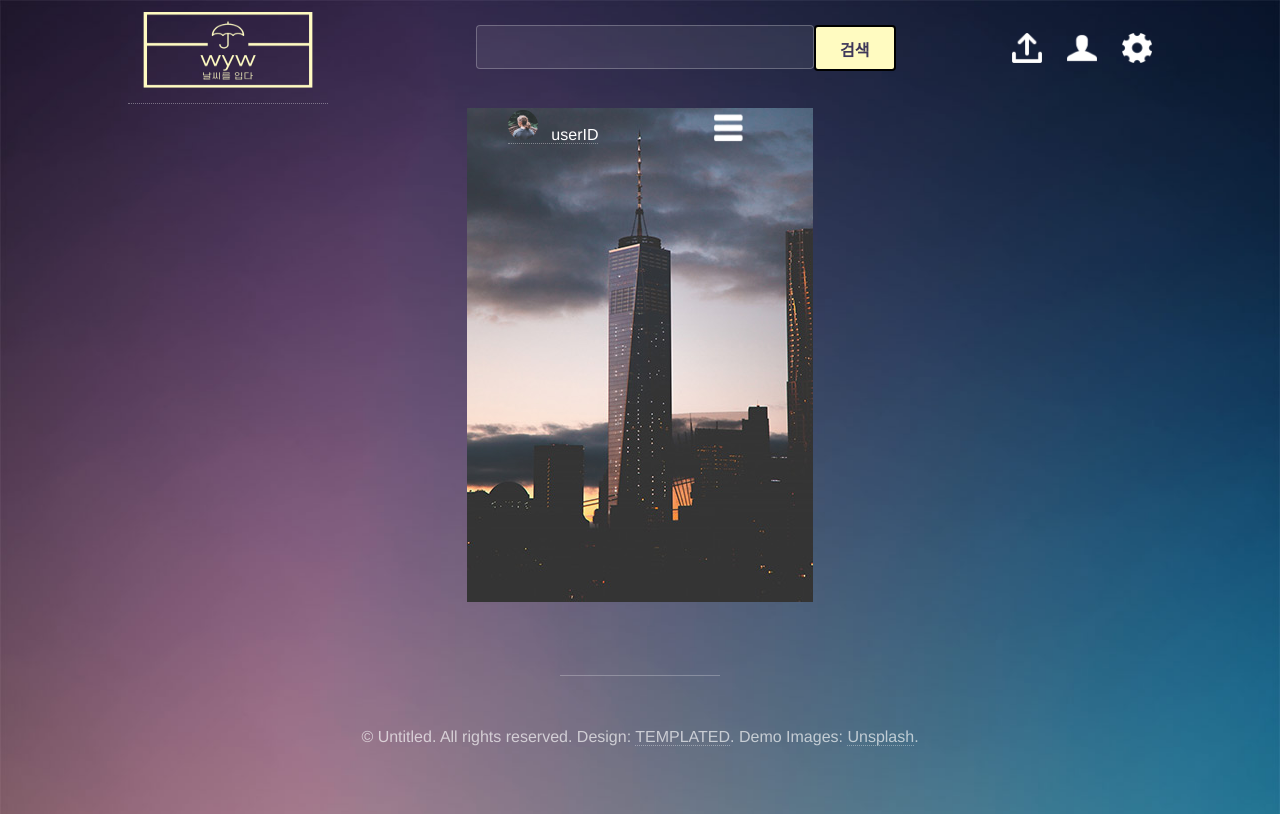
Repository: semo41105/WYW-Project
Page: http://localhost/WYW/StoryPage.jsp
These files come from the project's save history. The page is drawn as it stood at one moment and after the next save; the edit follows.
The browser window is 1280 px wide. The pictures show the whole page.
Some web fonts or font styles are not loaded; a fallback is used. The page is served by Tomcat 9. Nobody is signed in. The application's start-up code is not run.

Above is the page before, as saved 2021-03-06 06:59:36.

After the next save:
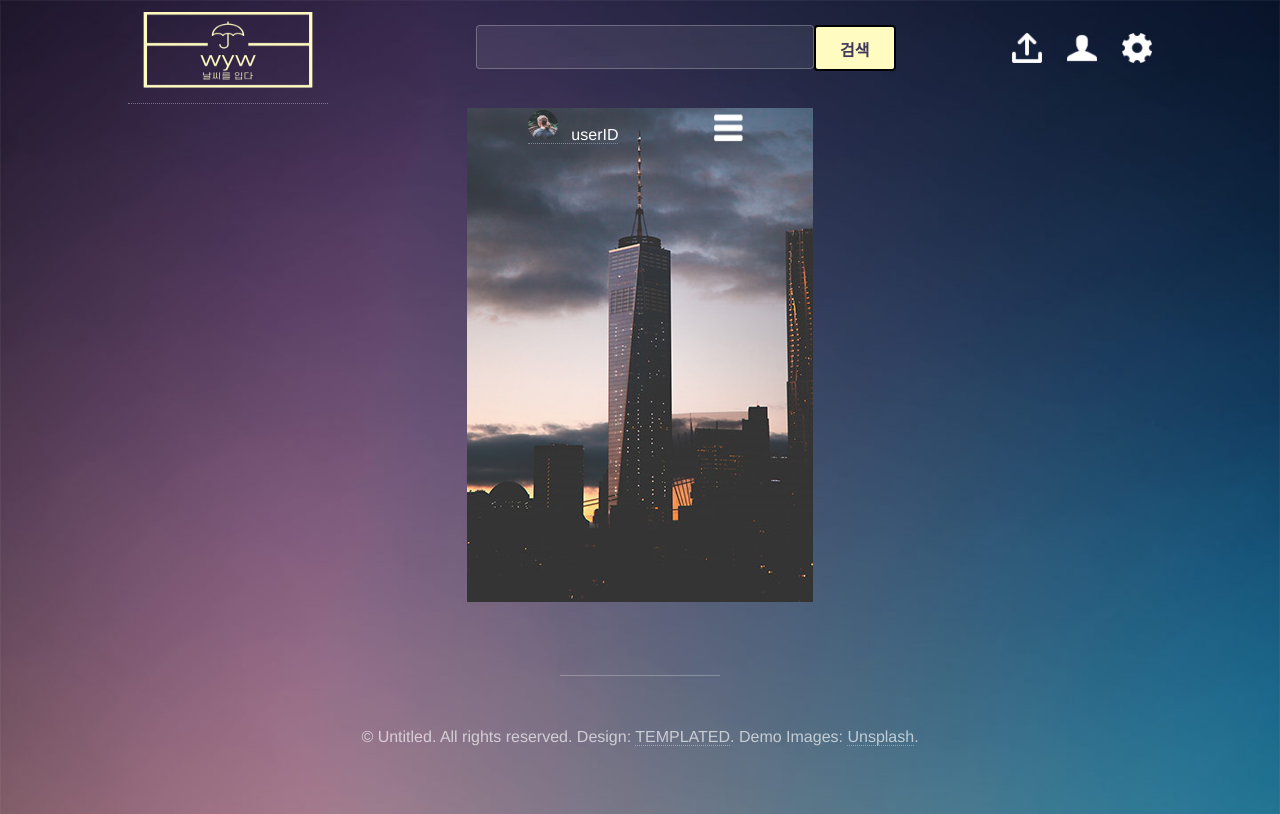
Saved 13 s later.
--- a/WYW/WebContent/StoryPage.jsp
+++ b/WYW/WebContent/StoryPage.jsp
@@ -93,7 +93,7 @@
 				<!-- Main -->
 					<section>
 							<div style="position: absolute;">
-								<div style="position: relative;top: 110px; left: 380px;">
+								<div style="position: relative;top: 110px; left: 400px;">
 									<a href="#">
 								    	<img class="avatacon" src="images/avatar.jpg">
 								    	<strong>&nbsp;&nbsp;userID</strong>
